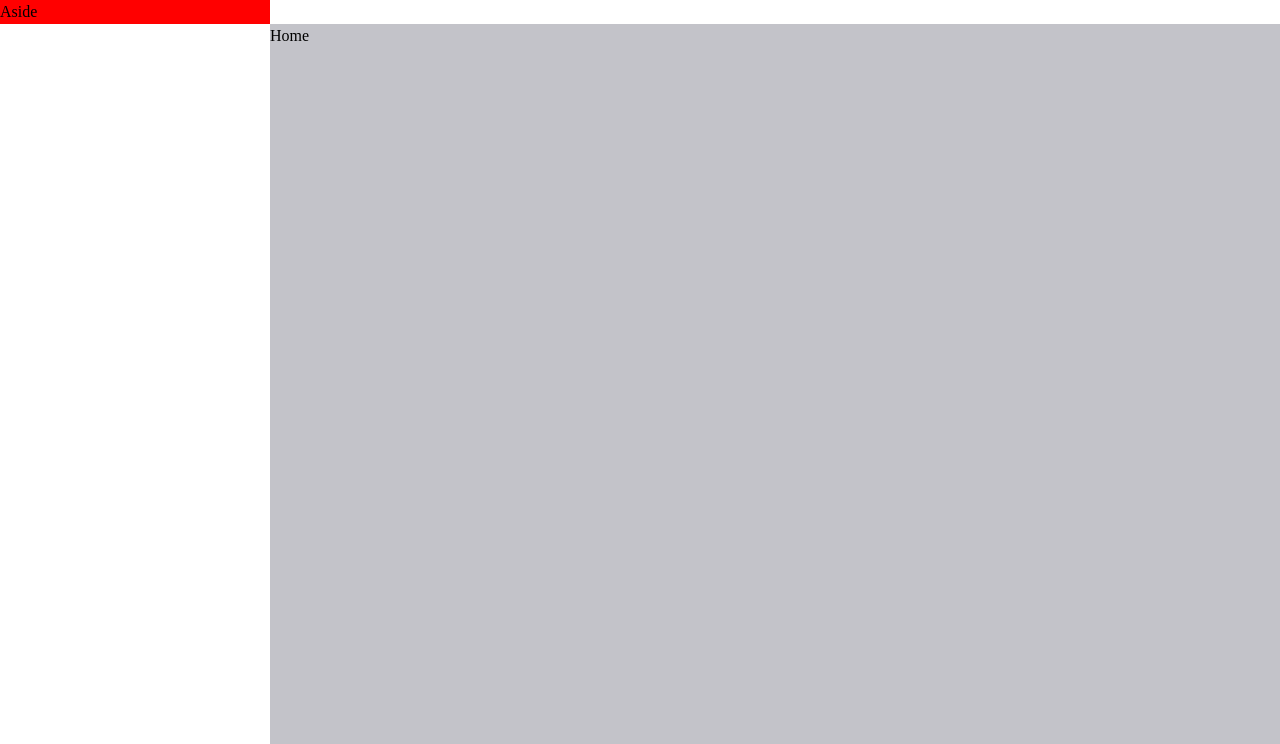
Repository: Akuma001/MY-Portfolio
Page: index.html
These files come from the project's save history. The page is drawn as it stood at one moment and after the next save; the edit follows.
The browser window is 1280 px wide. The pictures show the whole page.

Above is the page before, as saved 2020-12-12 20:57:03.

### index.html
<!DOCTYPE html>
<html lang="en">
<head>
  <title>Personal Portfolio Template</title>
  <meta charset="utf-8">
  <meta name="viewport" content="width=device-width, initial-scale=1">
   <!-- Template css Files -->
	<link rel="stylesheet" href="./css/style.css" type="text/css">
  <link rel="stylesheet" href="./css/skins/pink.css" type="text/css">
</head>
<body>
<!-----------Main------------->
<div class="main-container">
<!-----------Side------------->
  <div class="aside">
    Aside
  </div>
<!-----------Side End------------->

<!-----------Main content------------->
  <div class="main-content">
    <section class="home section">
      Home
    </section>
  </div>
<!-----------Main content End------------->

</div>
<!-----------Main------------->
</body>
</html>

### css/style.css

 /*Font Awesome Free Icon*/
 @import url("https://stackpath.bootstrapcdn.com/font-awesome/4.7.0/css/font-awesome.min.css");
 /*Google fonts*/
 @import url('https://fonts.googleapis.com/css?family=Montserrat:400,500,600,700&display=swap');
 @import url('https://fonts.googleapis.com/css?family=Rubik:500,700,900&display=swap');


body{
    margin: 0;
    line-height: 1.5;
}
*{
    margin: 0;
    padding: 0;
    outline: none;
    text-decoration: none;
    box-sizing: border-box;
}
::before, ::after{
    box-sizing: border-box;
}

.section{
    background-color: #c3c3c9;
    min-height: 100vh;
}
.main-content{
    padding-left: 270px;
}

 /*    aside  */
 .aside{
     width: 270px;
     /*background-color: #fdf9ff; */
     background-color: red;
 }

Loaded but not shown: css/skins/pink.css (no copy from this time; the picture is the same without it)

After the next save:
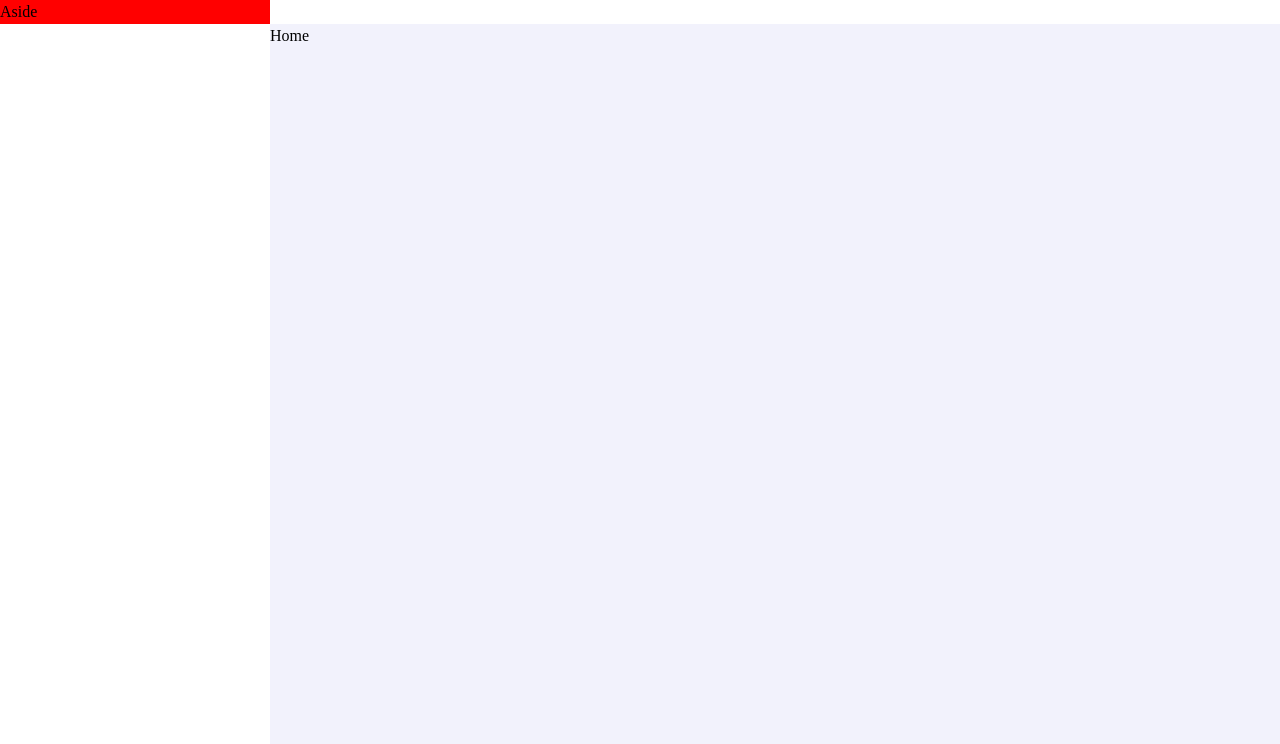
Saved 16 s later.
--- a/css/style.css
+++ b/css/style.css
@@ -22,7 +22,7 @@ body{
 }
 
 .section{
-    background-color: #c3c3c9;
+    background-color: #f2f2fc;
     min-height: 100vh;
 }
 .main-content{
